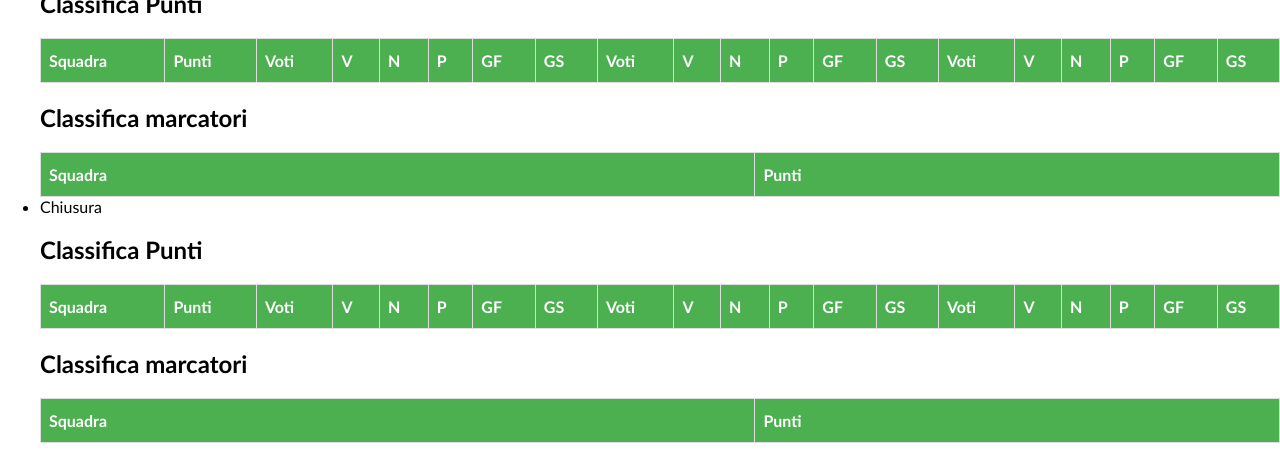
Repository: giuseppeaurilio/susyleague
Page: http://localhost/display_classifiche_peppe.php
These files come from the project's save history. The page is drawn as it stood at one moment and after the next save; the edit follows.
The browser window is 1280 px wide. The pictures show the part of the page from y = 374 to 1326 px (the page is 833 px tall before and 1326 px after).
The page is run by PHP 8.4 with error messages shown; the project is at /var/www/html/. Style sheets and scripts are compiled from the project's sources, by tool versions that may differ from the author's. The database holds what the project's SQL file puts in it.

Above is the page before, as saved 2019-08-29 18:27:22.

After the next save:
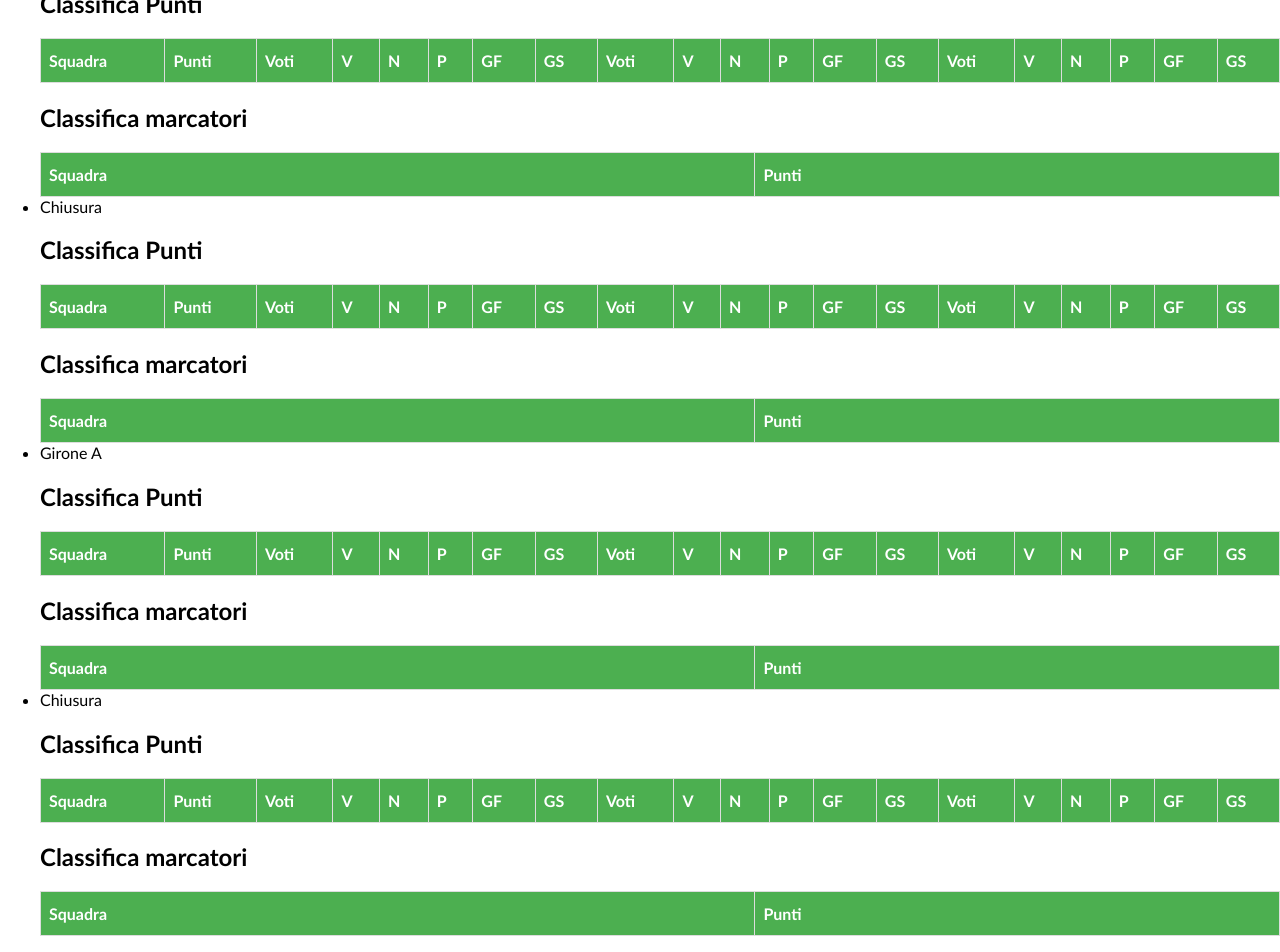
Saved 21 s later.
--- a/site/display_classifiche_peppe.php
+++ b/site/display_classifiche_peppe.php
@@ -63,5 +63,7 @@ table th {
 <?php
 include "display_classifica_apertura.php";
 include "display_classifica_chiusura.php";
+include "display_classifica_coppa_a.php";
+include "display_classifica_coppa_b.php";
 ?>
 </ul>
